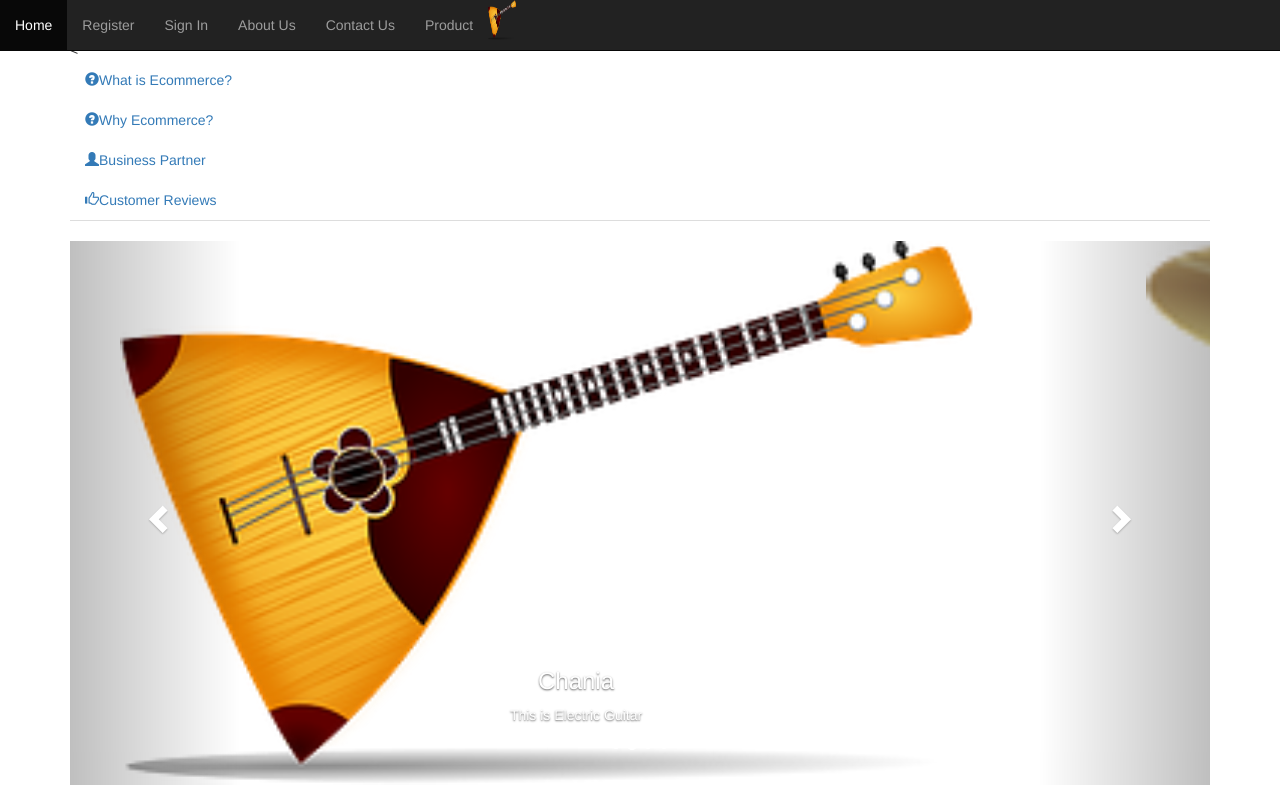
Repository: aradhana15/myFinalRepository
Page: http://localhost/music/WEB-INF/views/index.jsp
An editor plug-in stored every save of this project. The page is shown before and after the next save, followed by the edit.
The browser window is 1280 px wide. The pictures show the whole page.
The page is served by Tomcat 9. Nobody is signed in. The template is opened directly, without the code that normally fills it, so the values that code supplies are empty.

Above is the page before, as saved 2016-04-23 12:53:40.
Console error (its wording comes from the project's code and is left out).

After the next save:
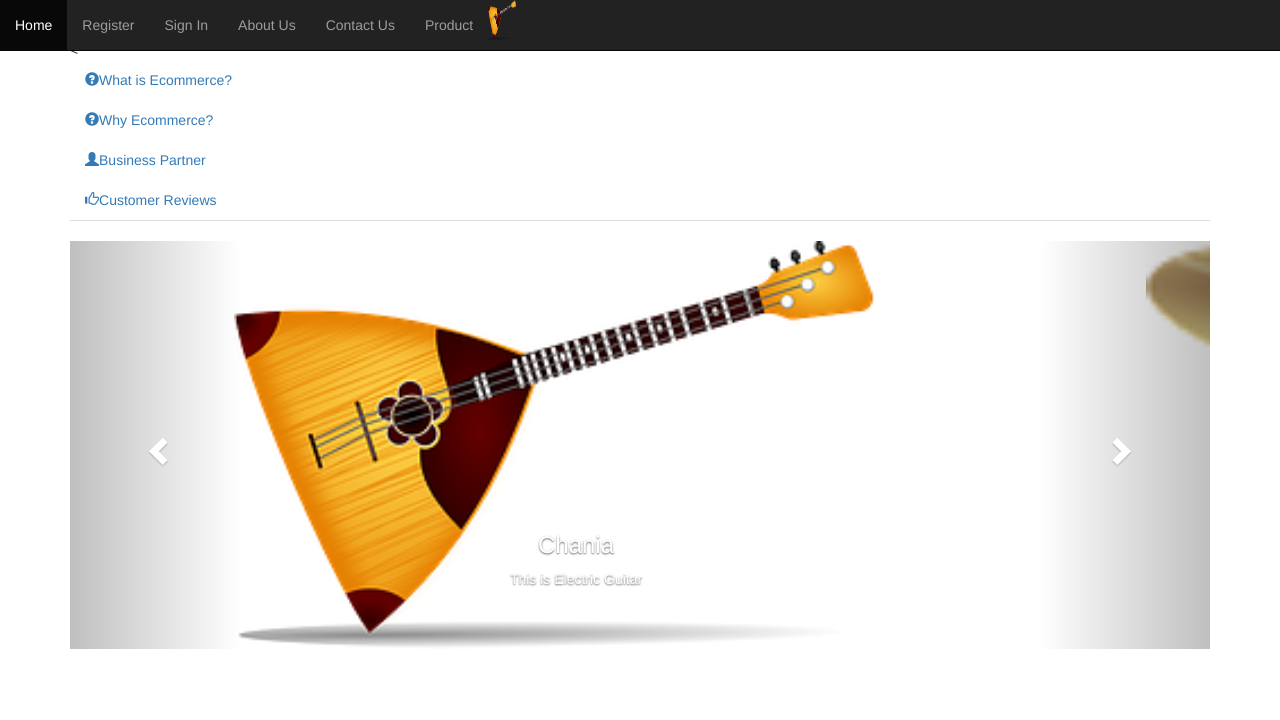
Saved 10 s later.
--- a/wwf/music/src/main/webapp/WEB-INF/views/index.jsp
+++ b/wwf/music/src/main/webapp/WEB-INF/views/index.jsp
@@ -32,7 +32,7 @@
     <!-- Wrapper for slides -->
     <div class="carousel-inner" role="listbox">
       <div class="item active">
-        <img src="<c:url value='/resources/images/guitar.jpg'/>" alt="Chania" style=width:80% style=height:50%/>
+        <img src="<c:url value='/resources/images/guitar.jpg'/>" alt="Chania" style=width:60% style=height:50%/>
         <div class="carousel-caption">
         <h3>Chania</h3>
         <p>This is Electric Guitar</p>
